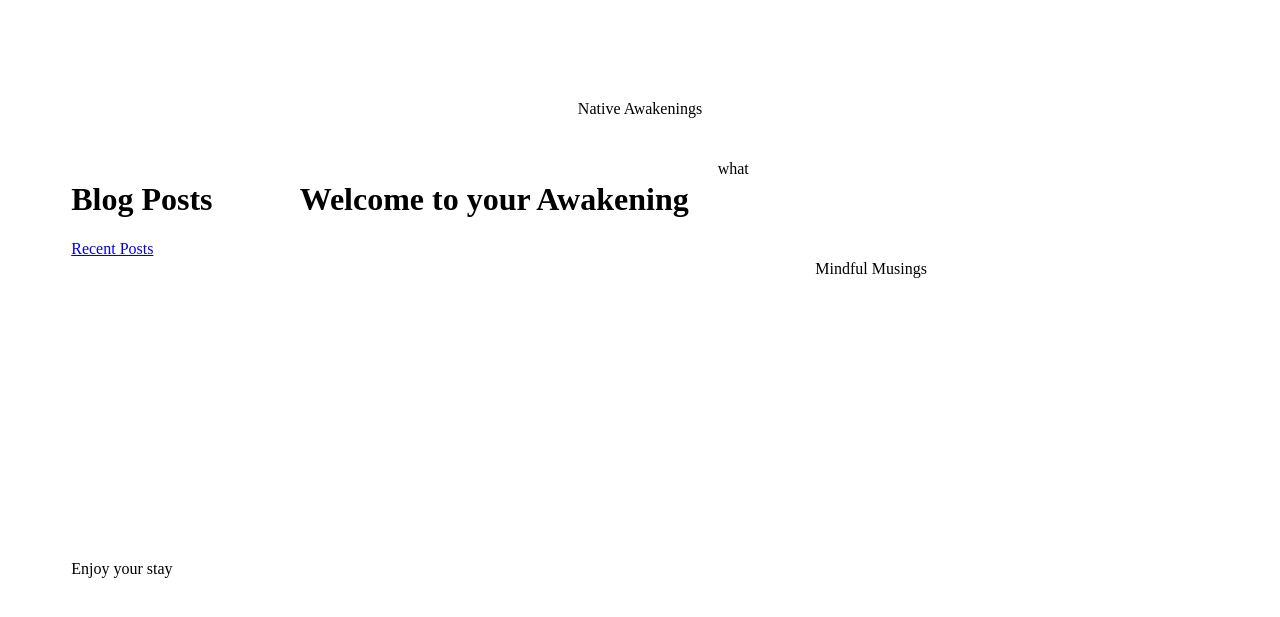
Repository: Gregg-Hendrix/blog-project
Page: index.html
These files come from the project's save history. The page is drawn as it stood at one moment and after the next save; the edit follows.
The browser window is 1280 px wide. The pictures show the whole page.

Above is the page before, as saved 2021-03-15 13:55:20.

### index.html
<!DOCTYPE html>
<html lang="en">
    <head>
        <meta charset="utf-8">
        <title>Native Awakenings</title>
        <meta content="width=device-width, initial-scale=1, maximum-scale=1" name="viewport"/>
        <link rel="stylesheet" href="stylesheet.css">

         </head>
    <body>
        <! -- This aligns the items to the top of the screen -->
        <div class="container">
            <header class="header">Native Awakenings</header>
            <h1 class="intro">Welcome to your Awakening</h1>
            <nav>what</nav>
            <article class="container">Mindful Musings</article>
            <sidebar class="sidebar"><h1>Blog Posts</h1><a href="meditation.html">Recent Posts</a></sidebar>
            <footer class="footer">Enjoy your stay</footer>
        </div>
    </body>
</html>

### stylesheet.css
.header{
    display: flex;
        flex-direction: row;
        justify-content: center;
        border: indigo;
}
.intro{
    display: flex;
        flex-direction: row;
        justify-content: center;
        border: indigo;
}
.container{
    display: grid;
    width: 90%;
    margin: auto;
    margin-top: 100px;
    grid-template-columns: 40px repeat(7 1fr);
    grid-template-rows: 60px 400px 1fr;
    grid-template-areas:
    "hd hd hd hd hd hd hd hd"
    "sd main main main main main main main"
    "ft ft ft ft ft ft ft ft";
}

    .box {
        border: 1px solid rebeccapurple;
        background: #F8FA9D;
    }

    .header{
        grid-area: hd;
    }

    .sidebar{
        grid-area: sd;
    }

    .content{
        grid-area: main;
    }

    .footer{
        grid-area: ft;
    }

After the next save:
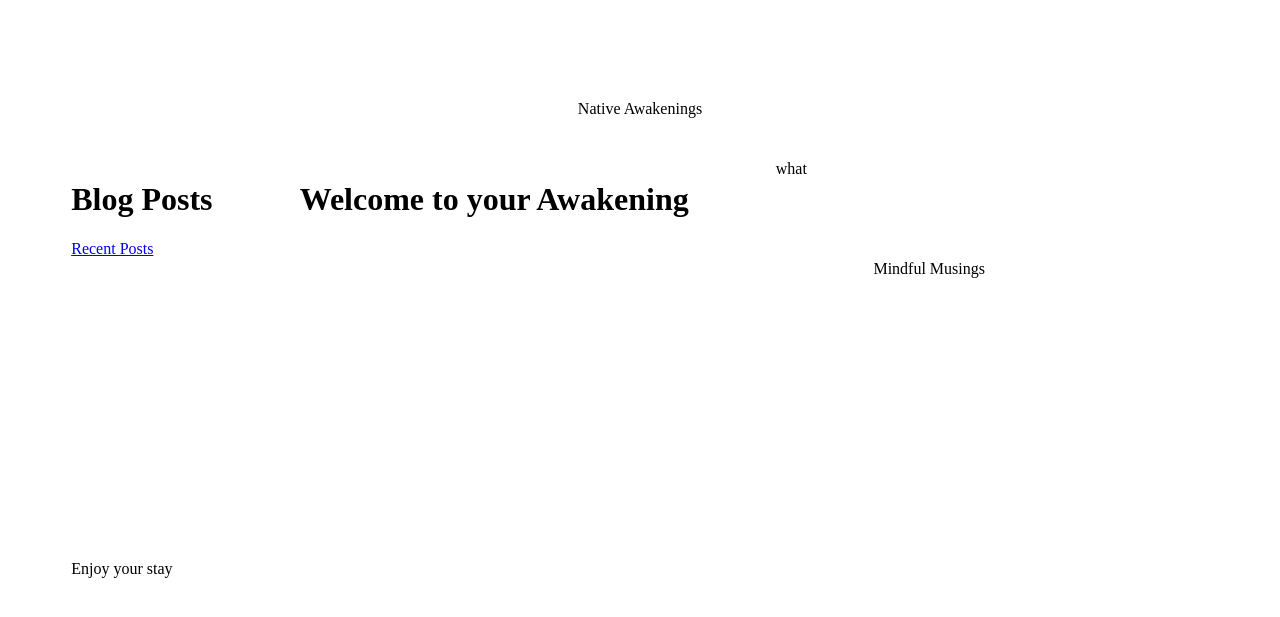
Saved 2 min 16 s later.
--- a/index.html
+++ b/index.html
@@ -12,6 +12,7 @@
         <div class="container">
             <header class="header">Native Awakenings</header>
             <h1 class="intro">Welcome to your Awakening</h1>
+            <div class="container"></div>
             <nav>what</nav>
             <article class="container">Mindful Musings</article>
             <sidebar class="sidebar"><h1>Blog Posts</h1><a href="meditation.html">Recent Posts</a></sidebar>
